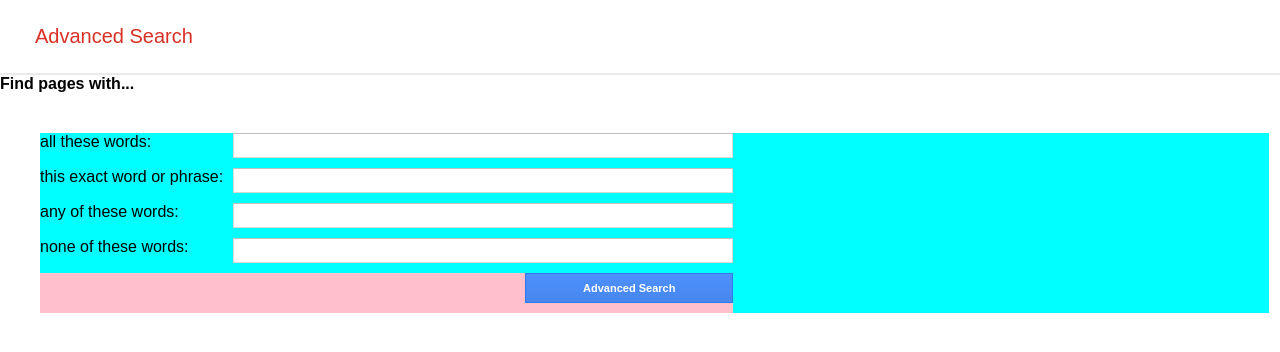
Repository: etentuk/search
Page: advanced_search.html
An editor plug-in stored every save of this project. The page is shown before and after the next save, followed by the edit.
The browser window is 1280 px wide. The pictures show the whole page.

Above is the page before, as saved 2021-11-05 16:23:15.

After the next save:
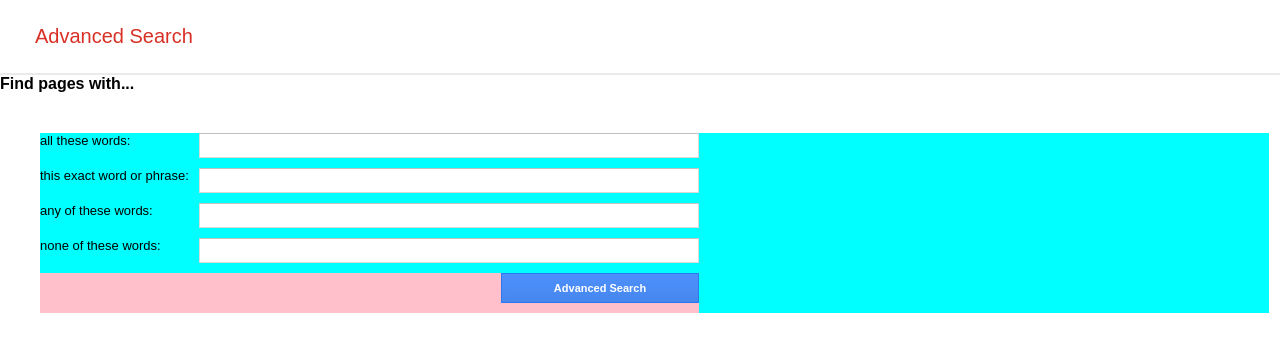
Saved 105 s later.
--- a/advanced_search.html
+++ b/advanced_search.html
@@ -12,7 +12,8 @@
 
         .form-content .form-label {
             flex: 1;
-            font-size: ;
+            font-size: 13px;
+
         }
 
         .form-input {
